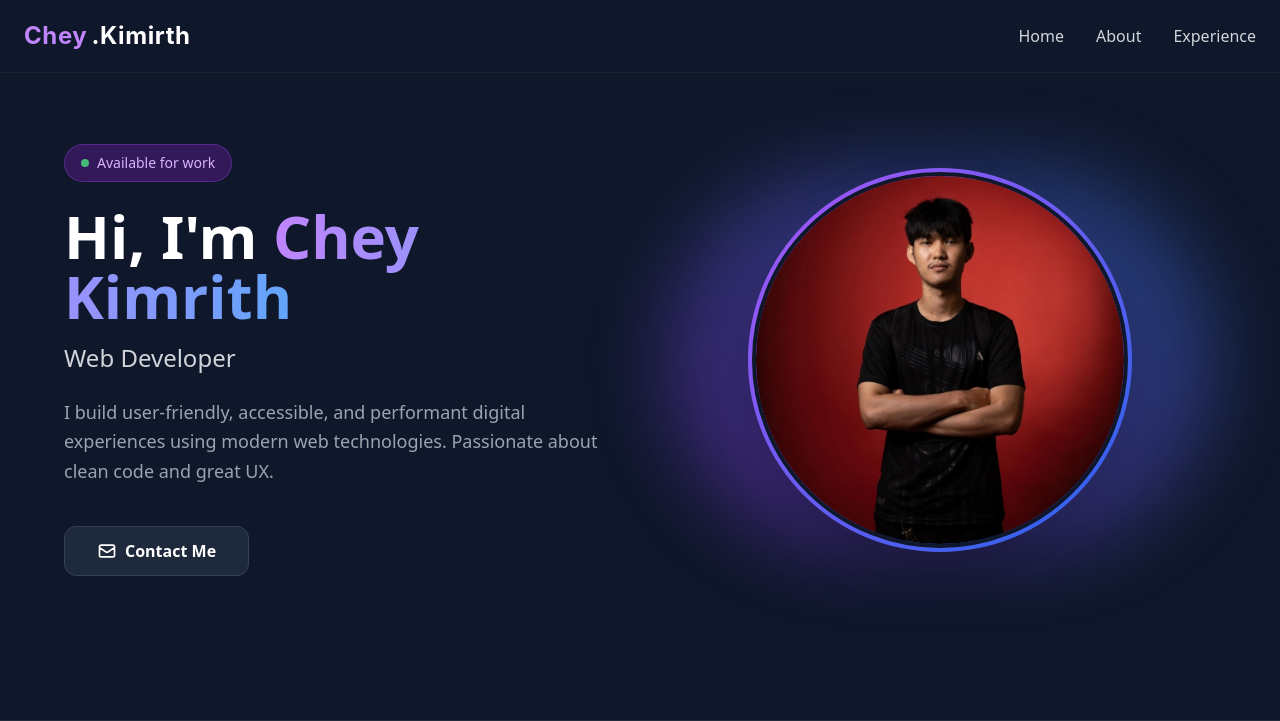
Repository: Kimrith/my-cv
Page: /
An editor plug-in stored every save of this project. The page is shown before and after the next save, followed by the edit.
The browser window is 1280 px wide. The pictures show the part of the page from y = 0 to 721 px (the page is 4190 px tall).
Pictures or frames that could not be fetched are drawn as grey boxes. Some web libraries are served in a nearby version. The project was rebuilt for these pictures with package versions that can differ from the ones it lists, and the page was loaded fresh each time. Also part of the build but not shown: vite.config.js, src/Layout/footer.jsx.

Above is the page before, as saved 2026-03-10 01:59:37.

### index.html
<!doctype html>
<html lang="en">
  <head>
    <meta charset="UTF-8" />
    <link rel="icon" type="image/svg+xml" href="/vite.svg" />
    <meta name="viewport" content="width=device-width, initial-scale=1.0" />
    <title>cv</title>
    <script src="https://cdn.tailwindcss.com"></script>
    <link rel="preconnect" href="https://fonts.googleapis.com" />
    <link rel="preconnect" href="https://fonts.gstatic.com" crossorigin />
    <link
      href="https://fonts.googleapis.com/css2?family=Poppins:wght@400;600;700&display=swap"
      rel="stylesheet"
    />
    <link href="https://unpkg.com/aos@2.3.1/dist/aos.css" rel="stylesheet" />
  </head>
  <body>
    <div id="root"></div>
    <script type="module" src="/src/main.jsx"></script>
  </body>
</html>

### src/main.jsx
import { StrictMode } from "react";
import { createRoot } from "react-dom/client";
import "./index.css";
import App from "./App.jsx";
import { BrowserRouter } from "react-router-dom";

createRoot(document.getElementById("root")).render(
  <StrictMode>
    <BrowserRouter>
      <App />
    </BrowserRouter>{" "}
  </StrictMode>,
);

### src/App.jsx
import React from "react";
import { Routes, Route } from "react-router-dom";
import Layout from "./Layout/layout";
import Home from "./Navigation/home";

export default function App() {
  return (
    <Routes>
      <Route path="/" element={<Layout />}></Route>
    </Routes>
  );
}

### src/Layout/layout.jsx
import React from "react";
import Home from "./home";
import Footer from "./footer";
import { Outlet } from "react-router-dom";

export default function Layout() {
  return (
    <div>
      <Home />
      <Outlet />
    </div>
  );
}

### src/Navigation/home.jsx
import chey from "../assets/chey.png";
import me from "../assets/me.png";
import { useState } from "react";

export default function Homepage() {
  const [hover, setHover] = useState(false);

  return (
    <section className="min-h-screen flex items-center justify-center px-4 py-12 relative overflow-hidden bg-slate-900">
      {/* Background Decor: Subtle purple glow */}
      <div className="absolute top-1/4 left-1/4 w-96 h-96 bg-purple-600/20 rounded-full blur-[120px] -z-10 pointer-events-none" />
      <div className="absolute bottom-1/4 right-1/4 w-96 h-96 bg-blue-600/10 rounded-full blur-[120px] -z-10 pointer-events-none" />

      <div className="max-w-6xl mx-auto grid md:grid-cols-2 gap-12 items-center">
        {/* Left Column: Text Content */}
        <div className="text-center md:text-left space-y-6 order-2 md:order-1">
          {/* Status Badge */}
          <div className="inline-flex items-center gap-2 px-4 py-2 rounded-full bg-purple-900/50 border border-purple-500/30 text-purple-300 text-sm font-medium mx-auto md:mx-0">
            <span className="w-2 h-2 rounded-full bg-green-400 animate-pulse"></span>
            Available for work
          </div>

          {/* Headline */}
          <div>
            <h1 className="text-4xl md:text-6xl font-bold text-white leading-tight">
              Hi, I'm{" "}
              <span className="text-transparent bg-clip-text bg-gradient-to-r from-purple-400 to-blue-400">
                Chey Kimrith
              </span>
            </h1>
            <p className="mt-4 text-xl md:text-2xl text-gray-300 font-light">
              Web Developer
            </p>
          </div>

          {/* Bio */}
          <p className="text-gray-400 text-lg leading-relaxed max-w-xl mx-auto md:mx-0">
            I build user-friendly, accessible, and performant digital
            experiences using modern web technologies. Passionate about clean
            code and great UX.
          </p>

          {/* Action Buttons */}
          <div className="flex flex-col sm:flex-row items-center justify-center md:justify-start gap-4 pt-4">
            <a href="https://t.me/CheyKimrith" className="text-white">
              <button className="w-full sm:w-auto px-8 py-3 bg-slate-800 hover:bg-slate-700 text-white font-semibold rounded-xl border border-slate-700 transition-all flex items-center justify-center gap-2">
                <svg
                  xmlns="http://www.w3.org/2000/svg"
                  className="h-5 w-5"
                  fill="none"
                  viewBox="0 0 24 24"
                  stroke="currentColor"
                >
                  <path
                    strokeLinecap="round"
                    strokeLinejoin="round"
                    strokeWidth={2}
                    d="M3 8l7.89 5.26a2 2 0 002.22 0L21 8M5 19h14a2 2 0 002-2V7a2 2 0 00-2-2H5a2 2 0 00-2 2v10a2 2 0 002 2z"
                  />
                </svg>
                Contact Me
              </button>
            </a>
          </div>
        </div>

        {/* Right Column: Profile Image */}
        <div className="flex justify-center order-1 md:order-2 max-sm:mt-12 relative">
          {/* Decorative Ring */}
          <div className="absolute inset-0 bg-gradient-to-tr from-purple-600 to-blue-500 rounded-full blur-2xl opacity-30 animate-pulse"></div>

          <div className="relative w-72 h-72 md:w-96 md:h-96 rounded-full p-1 bg-gradient-to-br from-purple-500 to-blue-600 shadow-2xl">
            <img
              src={hover ? me : chey}
              alt="Portrait of Chey Kimrith, Web Developer"
              className="w-full h-full rounded-full object-cover border-4 border-slate-900 transition-transform duration-500 hover:scale-110"
              loading="lazy"
              onMouseEnter={() => setHover(true)}
              onMouseLeave={() => setHover(false)}
            />
          </div>
        </div>
      </div>
    </section>
  );
}

### src/Layout/home.jsx
import React, { useState, useEffect } from "react";
import Homepage from "../Navigation/home";
import Aboutus from "../Navigation/aboutus";
import Experience from "../Navigation/exp";

// Simple SVG Icons
const MenuIcon = () => (
  <svg
    xmlns="http://www.w3.org/2000/svg"
    className="h-6 w-6"
    fill="none"
    viewBox="0 0 24 24"
    stroke="currentColor"
  >
    <path
      strokeLinecap="round"
      strokeLinejoin="round"
      strokeWidth={2}
      d="M4 6h16M4 12h16M4 18h16"
    />
  </svg>
);

const CloseIcon = () => (
  <svg
    xmlns="http://www.w3.org/2000/svg"
    className="h-6 w-6"
    fill="none"
    viewBox="0 0 24 24"
    stroke="currentColor"
  >
    <path
      strokeLinecap="round"
      strokeLinejoin="round"
      strokeWidth={2}
      d="M6 18L18 6M6 6l12 12"
    />
  </svg>
);

export default function Home() {
  const [isMenuOpen, setIsMenuOpen] = useState(false);
  const [isScrolled, setIsScrolled] = useState(false);

  // Handle scroll effect for navbar
  useEffect(() => {
    const handleScroll = () => {
      setIsScrolled(window.scrollY > 20);
    };
    window.addEventListener("scroll", handleScroll);
    return () => window.removeEventListener("scroll", handleScroll);
  }, []);

  // Smooth scroll handler
  const scrollToSection = (id) => {
    const element = document.getElementById(id);
    if (element) {
      element.scrollIntoView({ behavior: "smooth" });
      setIsMenuOpen(false);
    }
  };

  return (
    // Main Background: Dark Gray/Slate
    <div className="min-h-screen bg-slate-900 text-gray-100 font-sans selection:bg-purple-500 selection:text-white">
      {/* Navbar */}
      <nav
        className={`fixed w-full z-50 transition-all duration-300 border-b border-white/5 ${
          isScrolled
            ? "bg-slate-900/90 backdrop-blur-md shadow-lg py-3"
            : "bg-transparent py-5"
        }`}
      >
        <div className="max-w-7xl mx-auto px-6 flex items-center justify-between">
          {/* Logo */}
          <div
            style={{ fontFamily: "Inter, sans-serif" }}
            className="text-2xl font-bold cursor-pointer flex items-center gap-1 tracking-wide"
            onClick={() => scrollToSection("home")}
          >
            <span className="text-purple-400">Chey</span>
            <span className="text-white">.Kimirth</span>
          </div>

          {/* Desktop Menu */}
          <div className="hidden md:flex items-center gap-8">
            {["Home", "About", "Experience"].map((item) => (
              <button
                key={item}
                onClick={() => scrollToSection(item.toLowerCase())}
                className="text-gray-300 hover:text-purple-400 font-medium transition-colors duration-200"
              >
                {item}
              </button>
            ))}
          </div>

          {/* Mobile Menu Button */}
          <div className="md:hidden">
            <button
              onClick={() => setIsMenuOpen(!isMenuOpen)}
              className="text-gray-300 hover:text-white focus:outline-none"
              aria-label="Toggle menu"
            >
              {isMenuOpen ? <CloseIcon /> : <MenuIcon />}
            </button>
          </div>
        </div>

        {/* Mobile Dropdown - Dark Background */}
        {isMenuOpen && (
          <div className="md:hidden absolute top-full left-0 w-full bg-slate-800 border-b border-white/10 shadow-xl">
            <div className="flex flex-col p-6 gap-4">
              {["Home", "About", "Experience"].map((item) => (
                <button
                  key={item}
                  onClick={() => scrollToSection(item.toLowerCase())}
                  className="text-left text-gray-300 font-medium hover:text-purple-400 py-2 transition-colors"
                >
                  {item}
                </button>
              ))}
            </div>
          </div>
        )}
      </nav>

      {/* Page Content */}
      <main>
        <section id="home">
          {/* Optional: Background Glow Effect */}
          <div className="absolute top-1/2 left-1/2 -translate-x-1/2 -translate-y-1/2 bg-purple-600/20 rounded-full blur-[100px] -z-10 pointer-events-none"></div>

          <Homepage />
        </section>

        <section
          id="about"
          className="min-h-screen bg-slate-800/50 flex items-center justify-center border-t border-white/5"
        >
          <Aboutus />
        </section>

        <section
          id="experience"
          className="min-h-screen bg-slate-800/50 flex items-center justify-center border-t border-white/5"
        >
          <Experience />
        </section>
      </main>
    </div>
  );
}

Loaded but not shown: src/Navigation/exp.jsx (412 lines, source omitted); src/Navigation/aboutus.jsx (273 lines, source omitted); src/index.css (no stored copy; drawn as an empty file)

After the next save:
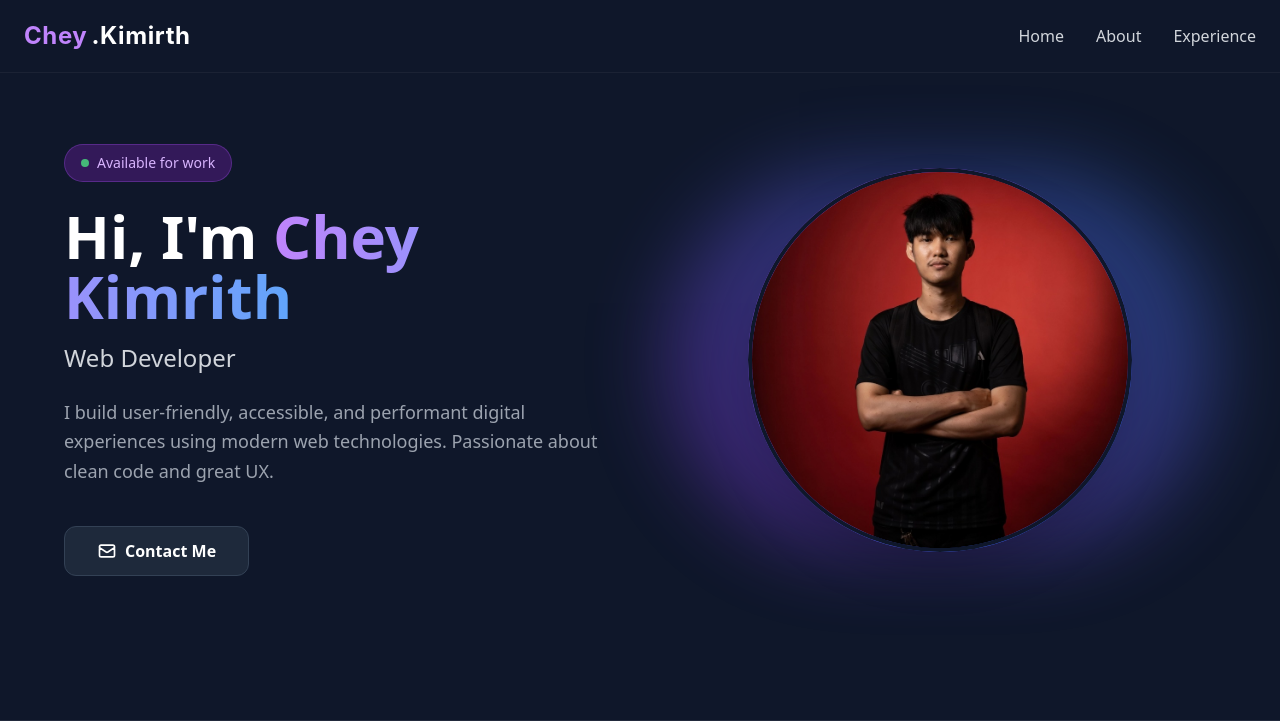
Saved 36 s later.
--- a/src/Navigation/home.jsx
+++ b/src/Navigation/home.jsx
@@ -69,14 +69,27 @@
           {/* Decorative Ring */}
           <div className="absolute inset-0 bg-gradient-to-tr from-purple-600 to-blue-500 rounded-full blur-2xl opacity-30 animate-pulse"></div>
 
-          <div className="relative w-72 h-72 md:w-96 md:h-96 rounded-full p-1 bg-gradient-to-br from-purple-500 to-blue-600 shadow-2xl">
+          <div
+            className="relative w-72 h-72 md:w-96 md:h-96 rounded-full p-1 bg-gradient-to-br from-purple-500 to-blue-600 shadow-2xl"
+            onMouseEnter={() => setHover(true)}
+            onMouseLeave={() => setHover(false)}
+          >
+            {/* First Image */}
             <img
-              src={hover ? me : chey}
-              alt="Portrait of Chey Kimrith, Web Developer"
-              className="w-full h-full rounded-full object-cover border-4 border-slate-900 transition-transform duration-500 hover:scale-110"
-              loading="lazy"
-              onMouseEnter={() => setHover(true)}
-              onMouseLeave={() => setHover(false)}
+              src={chey}
+              alt="Portrait of Chey Kimrith"
+              className={`absolute inset-0 w-full h-full rounded-full object-cover border-4 border-slate-900 transition-opacity duration-500 ${
+                hover ? "opacity-0" : "opacity-100"
+              }`}
+            />
+
+            {/* Second Image */}
+            <img
+              src={me}
+              alt="Portrait of Chey Kimrith"
+              className={`absolute inset-0 w-full h-full rounded-full object-cover border-4 border-slate-900 transition-opacity duration-500 ${
+                hover ? "opacity-100" : "opacity-0"
+              }`}
             />
           </div>
         </div>

After the save that followed:
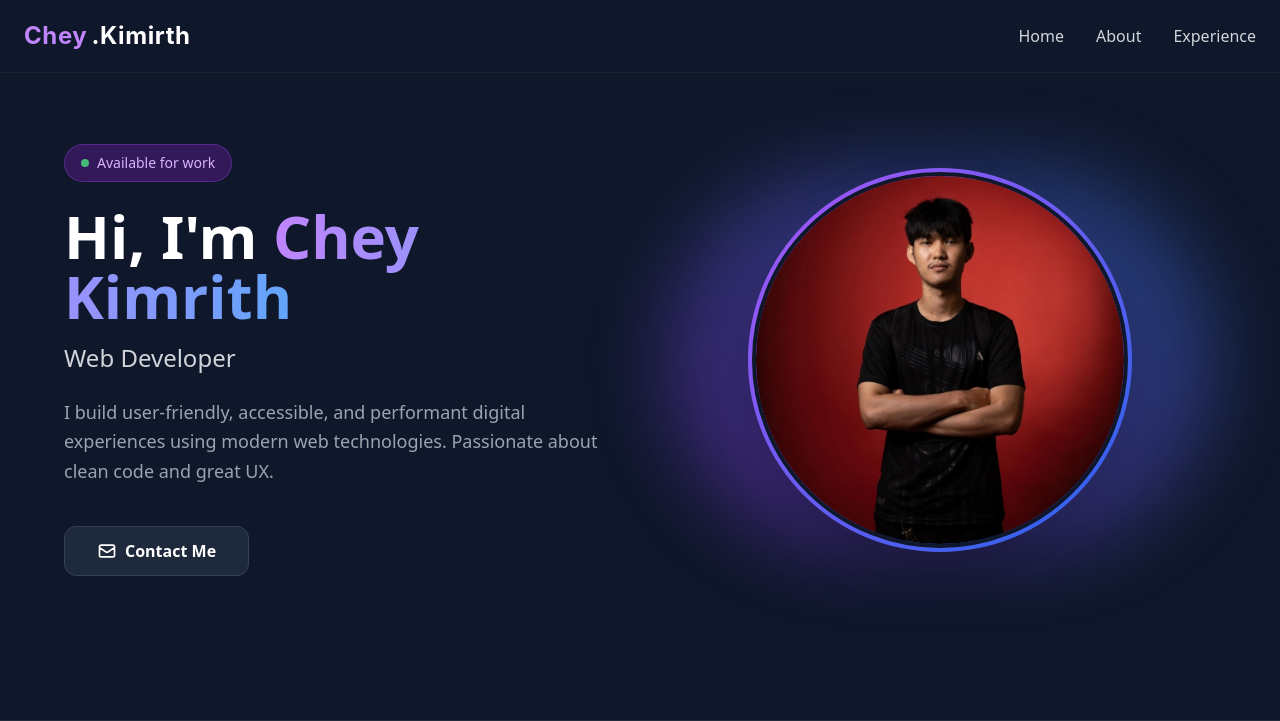
Saved 8 s later.
--- a/src/Navigation/home.jsx
+++ b/src/Navigation/home.jsx
@@ -69,27 +69,14 @@
           {/* Decorative Ring */}
           <div className="absolute inset-0 bg-gradient-to-tr from-purple-600 to-blue-500 rounded-full blur-2xl opacity-30 animate-pulse"></div>
 
-          <div
-            className="relative w-72 h-72 md:w-96 md:h-96 rounded-full p-1 bg-gradient-to-br from-purple-500 to-blue-600 shadow-2xl"
-            onMouseEnter={() => setHover(true)}
-            onMouseLeave={() => setHover(false)}
-          >
-            {/* First Image */}
+          <div className="relative w-72 h-72 md:w-96 md:h-96 rounded-full p-1 bg-gradient-to-br from-purple-500 to-blue-600 shadow-2xl">
             <img
-              src={chey}
-              alt="Portrait of Chey Kimrith"
-              className={`absolute inset-0 w-full h-full rounded-full object-cover border-4 border-slate-900 transition-opacity duration-500 ${
-                hover ? "opacity-0" : "opacity-100"
-              }`}
-            />
-
-            {/* Second Image */}
-            <img
-              src={me}
-              alt="Portrait of Chey Kimrith"
-              className={`absolute inset-0 w-full h-full rounded-full object-cover border-4 border-slate-900 transition-opacity duration-500 ${
-                hover ? "opacity-100" : "opacity-0"
-              }`}
+              src={hover ? me : chey}
+              alt="Portrait of Chey Kimrith, Web Developer"
+              className="w-full h-full rounded-full object-cover border-4 border-slate-900 transition-transform duration-500 hover:scale-110"
+              loading="lazy"
+              onMouseEnter={() => setHover(true)}
+              onMouseLeave={() => setHover(false)}
             />
           </div>
         </div>
